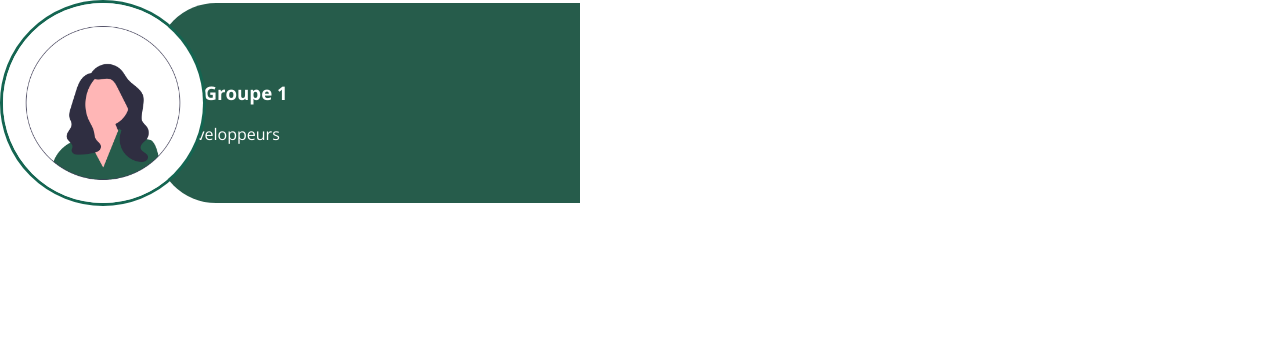
Repository: NdiongueFH/Mon_CV
Page: CV_Groupe1.html
An editor plug-in stored every save of this project. The page is shown before and after the next save, followed by the edit.
The browser window is 1280 px wide. The pictures show the whole page.

Above is the page before, as saved 2024-08-03 12:50:58.

### CV_Groupe1.html
<!DOCTYPE html>
<html lang="fr">
<head>
    <meta charset="UTF-8">
    <meta name="viewport" content="width=device-width, initial-scale=1.0">
    <!--Intégration de police d'écriture via un lien web-->
    <link href="https://fonts.googleapis.com/css2?family=Montserrat:wght@400;700&family=Open+Sans:wght@400;700&family=Roboto:wght@400;500&display=swap" rel="stylesheet">
    <!--Intégration de notre lien CSS-->
    <link rel="stylesheet" href="CV_Groupe1.css">
    <title>MON CV</title>

</head>
<body>
    <!--section principale-->
    <section id="principal">

        <!--Début Partie Ndiawar-->

        <!--la partie profile de notre cv-->
        <section id="profile">
            <!--identité-->
            <div id="identite">
                <!--image-->
                <div class="image">
                    <img id="image_profil" src="./image/profil.png" alt="" sizes="30" srcset="">
                </div>
                <!--fin image-->
                <!--debut nom-->
                <div class="nom">
                    <h1>Cv Groupe 1</h1>
                    <span>Développeurs</span>
                </div>
                <!--fin nom-->
            </div>
            <!--fin identité-->
        </section>
        <!--fin de la partie profile-->

        <!--Fin Partie Ndiawar Diop-->


        <!--le debut du corp de notre cv-->
        <section  id="renseignement">
            <!--corp -->
            <div id="corps">
                <!--debut blanc-->
                <div class="blanc">


                    <!--Début Partie Anta Maguette Faye-->


                    <!--education-->
                    <div class="edu_exp">
                        <!--titre education-->
                        <div class="titre_edu_exp"></div>
                        <!--fin titre education-->
                        <!--parti education-->
                        <div class="info_edu"></div>
                        <!--fin parti education-->
                    </div>
                    <!--fin education-->


                    <!--Fin Partie Anta Maguette Faye-->

                    <!--Début Partie Fatoumata Hawa Ndiongue-->

                    <!--experience-->
                    <div class="edu_exp" >
                        <!--titre experience-->
                        <div class="titre_edu_exp"></div>
                        <!--fin titre experience-->
                        <!--parti experience-->
                        <div class="info_exp"></div>
                        <!--fin parti experience-->
                    </div>
                    <!--fin experience-->

                    <!--Début Footer-->
                    <div id="footer">

                    </div>
                    <!--Fin Footer-->

                    <!--Fin Partie Fatoumata Hawa Ndiongue-->

                </div>
                <!--fin blanc-->

                <!--Début Moustapha Dieng-->


                <!--debut noir-->
                <div class="noir">
                    <!--contact-->
                    <div class="contact">
                        <!--titre contact-->
                        <div class="titre_contact_skill">
                            <h1></h1>
                        </div>
                        <!--fin titre contact-->
                        <!-- donnee contact-->
                        <div class="donnees_contact">

                        </div>
                        <!--fin donnee contact-->
                    </div>
                    <!--fin contact-->
                    <!--skill-->
                    <div class="skill">
                        <!--titre skill-->
                        <div class="titre_contact_skill">
                            <h1></h1>
                        </div>
                        <!--fin titre skill-->
                        <!--donné skill-->
                        <div class="donnees_skill"></div>
                        <!--fin donné skill-->
                    </div>
                    <!--fin skill-->
                    <!--resaux socio-->
                    <div id="resaux"></div>
                    <!--fin resaux socio-->
                </div>
                <!--fin noir-->

                <!--Fin Moustapha Dieng-->


            </div>
            <!--fin corp-->

        </section>
        <!--la fin du corp de notre cv-->
    </section>
    <!--Fin section principale-->

</body>
</html>

### CV_Groupe1.css
/*Le pseudo-élément `:root` en CSS permet de définir des variables globales pour un document,
représentant l'élément `<html>`. Utilisé pour centraliser la gestion des styles comme
les couleurs et les polices, il facilite la maintenance du CSS en rendant
les valeurs facilement réutilisables et modifiables dans toute la feuille de style.*/

:root {
    /* Définition des couleurs de base */
    --teal-1: #265C4B; /* Teal foncé */
    --teal-2: #146551; /* Teal moyen foncé */
    --teal-3: #007566; /* Teal vif */
    --teal-4: #589A8D; /* Teal clair */
    --teal-5: #fff; /* Blanc très clair */
    --Noir-6: #000000; /*Noir*/
    --Blanc-7: #ffffff; /*Blanc*/

    /* Utilisation des couleurs pour différents éléments */

    --color-title: var(--teal-1); /* Couleur pour les titres */
    --color-subtitle: var(--teal-3); /* Couleur pour les sous-titres */
    --color-paragraph: var(--teal-4); /* Couleur pour les paragraphes */
    --color-border: var(--teal-2); /* Couleur pour les bordures */
    --color-backgroundFoncé: var(--teal-1); /*Couleur de fond foncée*/
    --color-background: var(--teal-5); /* Couleur de fond général */
    --color-text: var(--Noir-6); /*Couleur pour le texte de fond*/
    --color-white: var(--Blanc-7); /*Couleur blanche pour les texte de fon d'une balise"*/
}

/*Intégration de nos polices d'écritures générales pour notre texte, titre et les sous-titres*/
:root {
    /* Polices */
    --font-title: 'Montserrat', sans-serif;
    --font-text: 'Open Sans', sans-serif;
    --font-subtitle: 'Roboto', sans-serif;

    /* Taille de police standard et poids */
    --font-size-normal: 16px; /* Taille de police standard pour le texte */
    --font-size-title: 28px; /* Taille de police pour les grands titres */
    --font-size-subtitle: 20px; /* Taille de police pour les sous-titres */
    --font-weight-normal: 400; /* Poids normal de la police */
    --font-weight-bold: 700; /* Poids en gras */
}

/*Initialisation de notre body pour supprimer les marges et choix du type de police pour notre site*/
body {
    margin: 0;
    padding: 0;
    color: var(--color-text);
    background-color: var(--color-background);
    font-family: var(--font-text);
    font-size: var(--font-size-normal);
    font-weight: var(--font-weight-normal);
}

/*Partie Ndiawar Diop*/
    /*Début partie profil de Mon_CV*/

/*Div Identité*/
#identite {
    display: flex;
    align-items: center; /* Pour aligner verticalement les éléments à l'intérieur */
}

/*Image*/
.image {
    background-color: var(--color-background);
    border: 3px solid var(--color-border);
    width: 200px;  /* Assurez-vous que le conteneur est carré */
    height: 200px;
    border-radius: 50%;  /* Rend l'image ronde */
    overflow: hidden;  /* Cache les parties de l'image qui débordent */
    z-index: 2; /* Place l'image au-dessus de .nom */
    position: relative; /* Nécessaire pour appliquer z-index */
}

#image_profil {
    width: 100%;
    height: 100%;
    object-fit: cover;  /* Garantit que l'image couvre tout l'espace sans déformation */
}

.nom {
    background-color: var(--color-backgroundFoncé);
    width: 30%;
    color: var(--color-white);
    height: 200px; /* Aligner la hauteur avec celle de l'image */
    display: flex;
    flex-direction: column;
    justify-content: center;
    padding: 0 20px;
    border-radius: 60px 0 0 60px; /* Rayon de bordure seulement sur le côté droit */
    margin-left: -50px; /* Ajustement pour le chevauchement */
    z-index: 1; /* S'assurer que .nom se superpose à .image */
    position: relative;
}
    /*Fin Partie profil de Mon_Cv*/
/*Fin Partie Ndiawar Diop*/

After the next save:
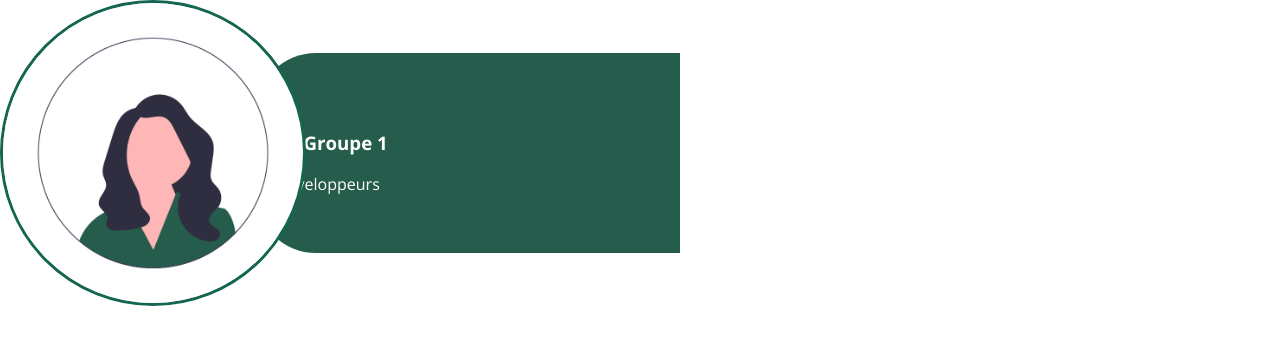
Saved 15 s later.
--- a/CV_Groupe1.css
+++ b/CV_Groupe1.css
@@ -64,8 +64,8 @@ body {
 .image {
     background-color: var(--color-background);
     border: 3px solid var(--color-border);
-    width: 200px;  /* Assurez-vous que le conteneur est carré */
-    height: 200px;
+    width: 300px;  /* Assurez-vous que le conteneur est carré */
+    height: 300px;
     border-radius: 50%;  /* Rend l'image ronde */
     overflow: hidden;  /* Cache les parties de l'image qui débordent */
     z-index: 2; /* Place l'image au-dessus de .nom */
